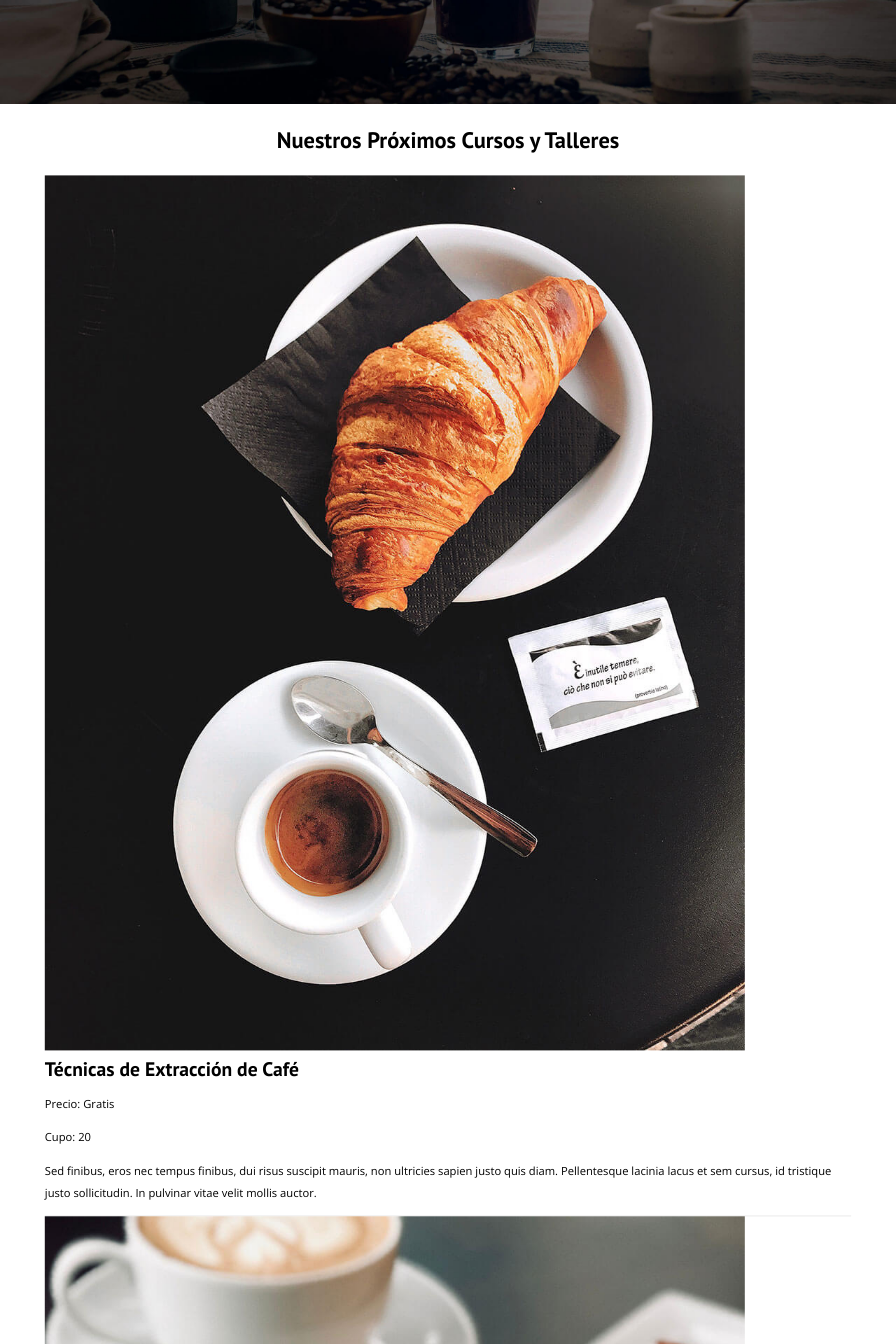
Repository: araque1990/blog_de_cafe
Page: cursos.html
An editor plug-in stored every save of this project. The page is shown before and after the next save, followed by the edit.
The browser window is 1280 px wide. The pictures show the part of the page from y = 452 to 2372 px (the page is 5313 px tall before and 5509 px after), at 70% of full size.

Above is the page before, as saved 2023-01-12 18:33:00.

### cursos.html
<!DOCTYPE html>
<html lang="es">
<head>
  <meta charset="UTF-8">
  <meta http-equiv="X-UA-Compatible" content="IE=edge">
  <meta name="viewport" content="width=device-width, initial-scale=1.0">
  <title>Blog de Café</title>
  <link rel="stylesheet" href="css/normalize.css">
  <link rel="preconnect" href="https://fonts.googleapis.com"><link rel="preconnect" href="https://fonts.gstatic.com" crossorigin><link href="https://fonts.googleapis.com/css2?family=Open+Sans&family=PT+Sans:wght@400;700&display=swap" rel="stylesheet">
  <link rel="stylesheet" href="css/styles.css">
</head>
<body>

  <header class="header">
    <div class="contenedor">
      <div class="barra">
        <a class="logo" href="index.html">
          <h1 class="logo__nombre no-margin centrar-texto">Blog<span class="logo__bold">DeCafé</span></h1>
        </a>

        <nav class="navegacion">
          <a href="nosotros.html" class="navegacion__enlace">Nosotros</a>
          <a href="cursos.html" class="navegacion__enlace">Cursos</a>
          <a href="contacto.html" class="navegacion__enlace">Contacto</a>
        </nav>
      </div>
    </div>
    <div class="header__texto">
      <h2 class="no-margin">Blog de café con consejos y cursos</h2>
      <p class="no-margin">Aprende de los expertos con las mejores recetas y consejos</p>
    </div>
  </header>

  <main class="contenedor">
    <h3 class="centrar-texto">Nuestros Próximos Cursos y Talleres</h3>

    <div class="curso">
      <div class="curso__imagen">
        <img src="img/curso1.jpg" alt="imagen del curso">
      </div>

      <div class="curso__informacion">
        <h4 class="no-margin">Técnicas de Extracción de Café</h4>
        <p class="curso__label">Precio:
          <span class="curso__info">Gratis</span>
        </p>
        <p class="curso__label">Cupo:
          <span class="curso__info">20</span>
        </p>
        <p class="curso__descripcion">
          Sed finibus, eros nec tempus finibus, dui risus suscipit mauris, non ultricies sapien justo quis diam. Pellentesque lacinia lacus et sem cursus, id tristique justo sollicitudin. In pulvinar vitae velit mollis auctor.
        </p>
      </div> <!--.curso__informacion-->
    </div> <!--.curso-->

    <div class="curso">
      <div class="curso__imagen">
        <img src="img/curso2.jpg" alt="imagen del curso">
      </div>

      <div class="curso__informacion">
        <h4 class="no-margin">Taller para Tostar y Moler Granos</h4>
        <p class="curso__label">Precio:
          <span class="curso__info">Gratis</span>
        </p>
        <p class="curso__label">Cupo:
          <span class="curso__info">20</span>
        </p>
        <p class="curso__descripcion">
          Sed finibus, eros nec tempus finibus, dui risus suscipit mauris, non ultricies sapien justo quis diam. Pellentesque lacinia lacus et sem cursus, id tristique justo sollicitudin. In pulvinar vitae velit mollis auctor.
        </p>
      </div> <!--.curso__informacion-->
    </div> <!--.curso-->

    <div class="curso">
      <div class="curso__imagen">
        <img src="img/curso3.jpg" alt="imagen del curso">
      </div>

      <div class="curso__informacion">
        <h4 class="no-margin">4 Recetas de Café para Principiantes</h4>
        <p class="curso__label">Precio:
          <span class="curso__info">Gratis</span>
        </p>
        <p class="curso__label">Cupo:
          <span class="curso__info">20</span>
        </p>
        <p class="curso__descripcion">
          Sed finibus, eros nec tempus finibus, dui risus suscipit mauris, non ultricies sapien justo quis diam. Pellentesque lacinia lacus et sem cursus, id tristique justo sollicitudin. In pulvinar vitae velit mollis auctor.
        </p>
      </div> <!--.curso__informacion-->
    </div> <!--.curso-->

  </main>

  <footer class="footer">
    <div class="contenedor">
      <div class="barra">
        <a class="logo" href="index.html">
          <h1 class="logo__nombre no-margin centrar-texto">Blog<span class="logo__bold">DeCafé</span></h1>
        </a>

        <nav class="navegacion">
          <a href="nosotros.html" class="navegacion__enlace">Nosotros</a>
          <a href="cursos.html" class="navegacion__enlace">Cursos</a>
          <a href="contacto.html" class="navegacion__enlace">Contacto</a>
        </nav>
      </div>
    </div>
  </footer>
</body>
</html>

### css/styles.css
:root {
  --fuenteHeading: 'PT Sans', sans-serif;
  --fuenteParrafos: 'Open Sans', sans-serif;

  --secundario: #784D3C;
  --gris: #E1E1E1;
  --blanco: #FFF;
  --negro: #000;
}
html {
  box-sizing: border-box;
  font-size: 62.5%;
}
*, *:before, *:after {
  box-sizing: inherit;
}
body {
  font-family: var(--fuenteParrafos);
  font-size: 1.6rem;
  line-height: 2;
}

/* Globales */
.contenedor {
  max-width: 120rem;
  width: 90%;
  /* width: min(90%, 120rem); //ESTO ES LO MISMO QUE LOS DOS ATRIBUTOS DE ARRIBA */
  margin: 0 auto;
}
a {
  text-decoration: none;
}
h1, h2, h3, h4 {
  font-family: var(--fuenteHeading);
  line-height: 1.2;
}
h1 {
  font-size: 4.8rem;
}
h2 {
  font-size: 4rem;
}
h3 {
  font-size: 3.2rem;
}
h4 {
  font-size: 2.8rem;
}
img {
  max-width: 100%;
}

/* Utilidades */
.no-margin {
  margin: 0;
}
.no-padding {
  padding: 0;
}
.centrar-texto {
  text-align: center;
}

/* Header */
.header {
  background-image: url(../img/banner.jpg);
  height: 60rem;
  background-size: cover;
  background-repeat: no-repeat;
  background-position: center center;
}
.header__texto {
  text-align: center;
  color: var(--blanco);
  margin-top: 5rem;
}

@media (min-width: 768px) {
  .header__texto {
    margin-top: 15rem;
  }
}

@media (min-width: 768px) {
  .barra {
    display: flex;
    justify-content: space-between;
    align-items: center;
  }
}
.barra {
  padding-top: 4rem;
}
.logo {
  color: var(--blanco);
}
.logo__nombre {
  font-weight: 400;
}
.logo__bold {
  font-weight: 700;
}

@media (min-width: 768px) {
  .navegacion {
    display: flex;
    gap: 2rem;
  }
}
.navegacion__enlace {
  display: block;
  text-align: center;
  font-size: 1.8rem;
  color: var(--blanco);
}

@media (min-width: 768px) {
  .contenido-principal {
    display: grid;
    grid-template-columns: 2fr 1fr;
    column-gap: 4rem;
  }
}

.entrada {
  border-bottom: 1px solid var(--gris);
  margin-bottom: 2rem;
}
.entrada:last-of-type {
  border: none;
  margin-bottom: 0;
}
.boton {
  display: block;
  font-family: var(--fuenteHeading);
  color: var(--blanco);
  text-align: center;
  padding: 1rem 3rem;
  font-size: 1.8rem;
  text-transform: uppercase;
  font-weight: 700;
  margin-bottom: 2rem;
}
@media (min-width: 768px) {
  .boton {
    display: inline-block;
  }
}
.boton--primario {
  background-color: var(--negro);
}
.boton--secundario {
  background-color: var(--secundario);
}

.cursos {
  list-style: none;
}

.widget-curso {
  border-bottom: 1px solid var(--gris);
  margin-bottom: 2rem;
}
.widget-curso:last-of-type {
  border: none;
  margin-bottom: 0;
}
.widget-curso__label {
  font-family: var(--fuenteHeading);
  font-weight: 700;
}
.widget-curso__info {
  font-weight: 400;
}
.widget-curso__info, .widget-curso__label {
  font-size: 2rem;
}

.footer {
  background-color: var(--negro);
  padding-bottom: 3rem;
  margin-top: 4rem;
}

/* Sobre Nosotros */
@media (min-width: 768px) {
  .sobre-nosotros {
    display: grid;
    grid-template-columns: repeat(2, 1fr);
    column-gap: 2rem;
  }
}

.curso {
  padding: 3r 0em;
  border-bottom: 1px solid var(--gris);
}
.curso:last-of-type {
  border: none;
}

Loaded but not shown: css/normalize.css (library)

After the next save:
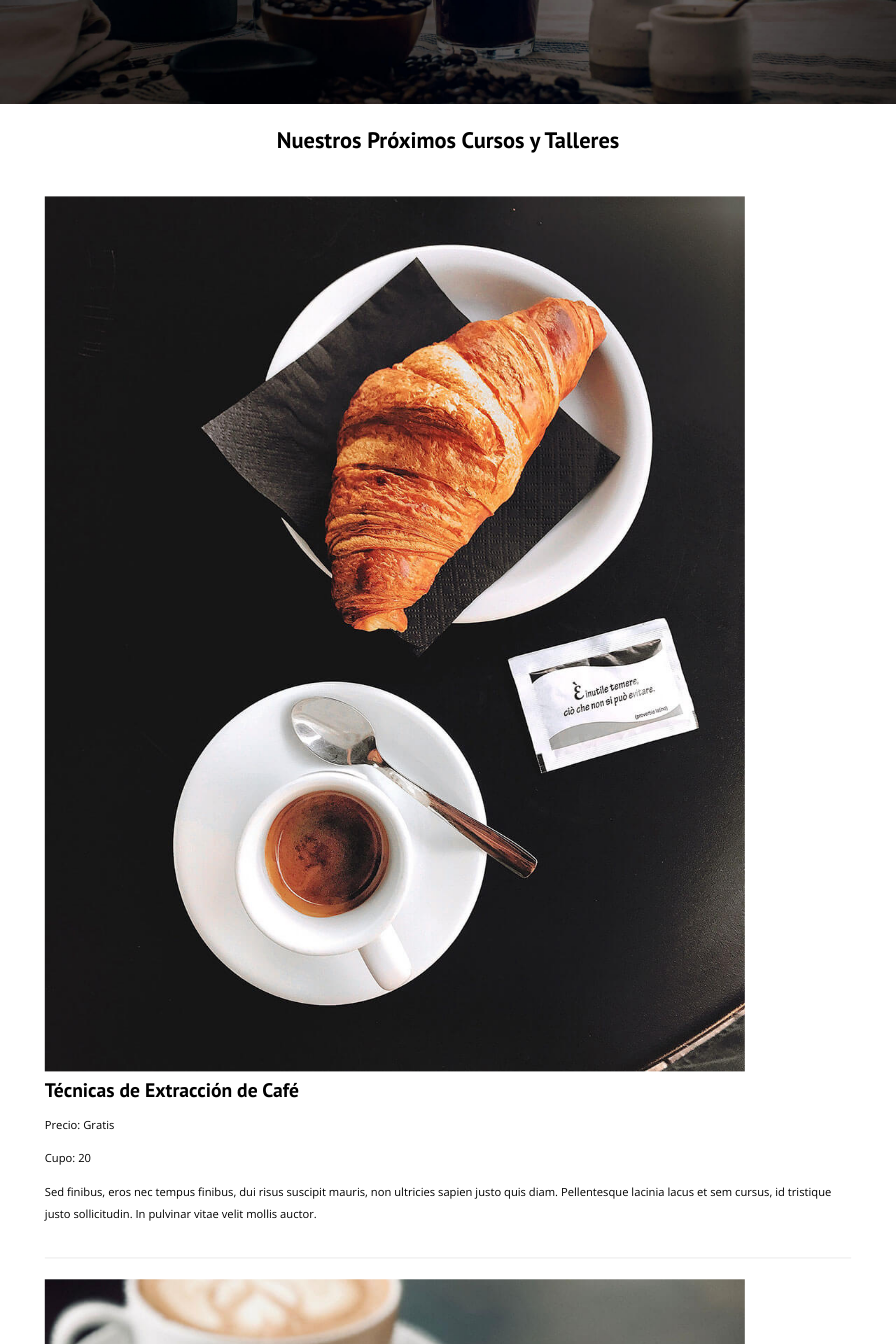
Saved 2 min 40 s later.
--- a/css/styles.css
+++ b/css/styles.css
@@ -192,7 +192,7 @@ img {
 }
 
 .curso {
-  padding: 3r 0em;
+  padding: 3rem 0;
   border-bottom: 1px solid var(--gris);
 }
 .curso:last-of-type {
